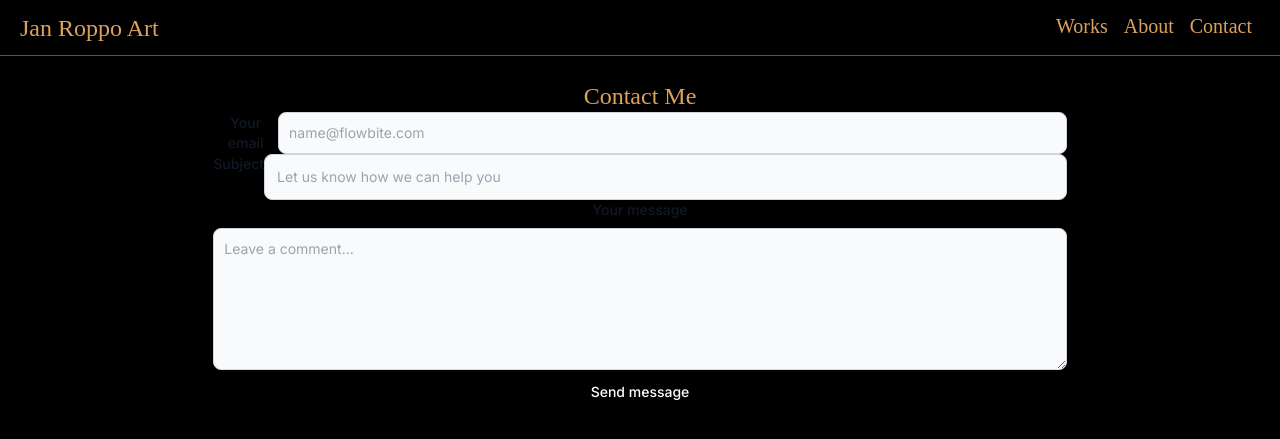
Repository: YanceMcFinn/JRArt
Page: /contact
The author's editor kept a copy of each file at every save. The page is drawn from the files as they stood at one save, then again after the next save.
The browser window is 1280 px wide. The pictures show the whole page.
The project was rebuilt for these pictures with package versions that can differ from the ones it lists, and the page was loaded fresh each time. The framework's server and built-in components were replaced by stand-ins that run in the browser. Also part of the build but not shown: next.config.js.

Above is the page before, as saved 2023-10-19 20:25:47.

### app/layout.js
import './globals.css'
import { Inter } from 'next/font/google'

import Navbar from './components/Navbar'

const inter = Inter({ subsets: ['latin'] })

export const metadata = {
  title: 'Jan Roppo Art',
  description: 'The art of Jan Roppo',
}

export default function RootLayout({ children }) {
  return (
    <html lang="en">
      <body className={inter.className}>
        <Navbar />
        {children}
      </body>
    </html>
  )
}

### app/contact/page.jsx
'use client'

import Image from 'next/image'

export default function Contact() {
    return(
        <div className='text-main-color text-center justify-content-center mt-20'>
            <div className='title text-center text-2xl'>Contact Me</div>
                <form className='w-2/3 mx-auto'>
                    <div className='flex'>
                        <label for="email" class="content-center text-sm font-medium text-gray-900 dark:text-gray-300">Your email</label>
                        <input type="email" id="email" class="shadow-sm bg-gray-50 border border-gray-300 text-gray-900 text-sm rounded-lg focus:ring-primary-500 focus:border-primary-500 block w-full p-2.5 dark:bg-gray-700 dark:border-gray-600 dark:placeholder-gray-400 dark:text-white dark:focus:ring-primary-500 dark:focus:border-primary-500 dark:shadow-sm-light" placeholder="name@flowbite.com" required/>
                    </div>
                    <div className='flex'>
                        <label for="subject" class="text-sm font-medium text-gray-900 dark:text-gray-300">Subject</label>
                        <input type="text" id="subject" class="block p-3 w-full text-sm text-gray-900 bg-gray-50 rounded-lg border border-gray-300 shadow-sm focus:ring-primary-500 focus:border-primary-500 dark:bg-gray-700 dark:border-gray-600 dark:placeholder-gray-400 dark:text-white dark:focus:ring-primary-500 dark:focus:border-primary-500 dark:shadow-sm-light" placeholder="Let us know how we can help you" required/>
                    </div>
                <div class="sm:col-span-2">
              <label for="message" class="block mb-2 text-sm font-medium text-gray-900 dark:text-gray-400">Your message</label>
              <textarea id="message" rows="6" class="block p-2.5 w-full text-sm text-gray-900 bg-gray-50 rounded-lg shadow-sm border border-gray-300 focus:ring-primary-500 focus:border-primary-500 dark:bg-gray-700 dark:border-gray-600 dark:placeholder-gray-400 dark:text-white dark:focus:ring-primary-500 dark:focus:border-primary-500" placeholder="Leave a comment..."></textarea>
          </div>
          <button type="submit" class="py-3 px-5 text-sm font-medium text-center text-white rounded-lg bg-primary-700 sm:w-fit hover:bg-primary-800 focus:ring-4 focus:outline-none focus:ring-primary-300 dark:bg-primary-600 dark:hover:bg-primary-700 dark:focus:ring-primary-800">Send message</button>
      </form>
        </div>
    )
}

### app/globals.css
@tailwind base;
@tailwind components;
@tailwind utilities;

body {
 background-color: black;
}

.title {
    font-family: 'Macondo', cursive;
}

### app/components/Navbar.jsx
import React from "react";

const Navbar = () => {
    return(
    <>
    <div className="top-0 w-full h-14 bg-black px-5 py-3 text-main-color border-b border-b-main-color/50 fixed">
      <div className="float-left title text-2xl">
        <a className="hover:text-white" href="/">Jan Roppo Art</a>
      </div>
      <div className="float-right title text-xl">
        <ul>
        <li className="inline px-2">
            <a href="/" className="hover:text-white">Works</a>
          </li>
          <li className="inline px-2">
            <a href="/about" className="hover:text-white">About</a>
          </li>
          <li className="inline px-2">
            <a href="/contact" className="hover:text-white">Contact</a>
          </li>
        </ul>
      </div>
    </div>
    </>

    )
}

export default Navbar

### tailwind.config.js
/** @type {import('tailwindcss').Config} */
module.exports = {
  content: [
    './pages/**/*.{js,ts,jsx,tsx,mdx}',
    './components/**/*.{js,ts,jsx,tsx,mdx}',
    './app/**/*.{js,ts,jsx,tsx,mdx}',
  ],
  theme: {
    extend: {
      backgroundImage: {
      },
      colors: {
        'main-color': '#dda15e'
      },
    },
  },
  plugins: [],
}

After the next save:
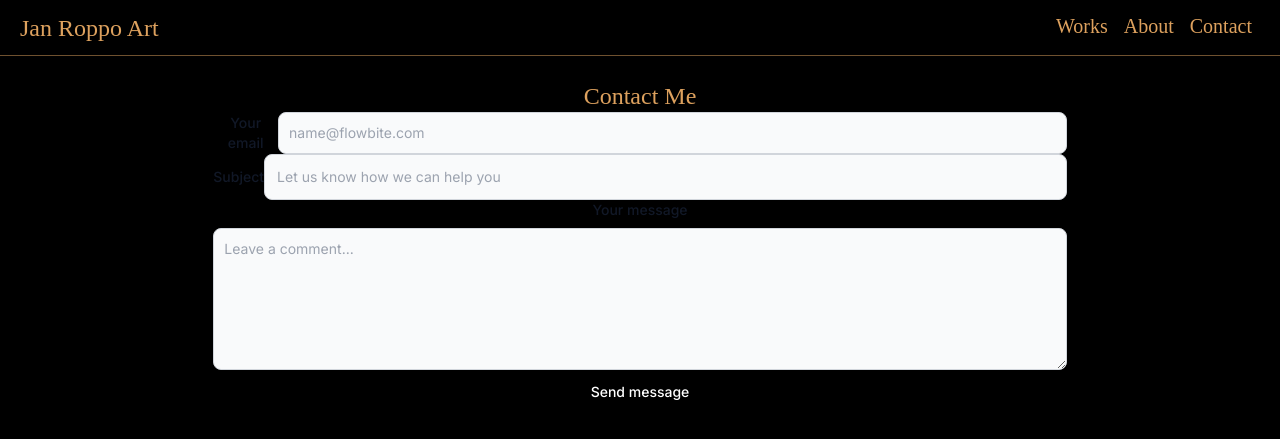
Saved 19 s later.
--- a/app/contact/page.jsx
+++ b/app/contact/page.jsx
@@ -12,7 +12,7 @@ export default function Contact() {
                         <input type="email" id="email" class="shadow-sm bg-gray-50 border border-gray-300 text-gray-900 text-sm rounded-lg focus:ring-primary-500 focus:border-primary-500 block w-full p-2.5 dark:bg-gray-700 dark:border-gray-600 dark:placeholder-gray-400 dark:text-white dark:focus:ring-primary-500 dark:focus:border-primary-500 dark:shadow-sm-light" placeholder="name@flowbite.com" required/>
                     </div>
                     <div className='flex'>
-                        <label for="subject" class="text-sm font-medium text-gray-900 dark:text-gray-300">Subject</label>
+                        <label for="subject" class="content-center text-sm font-medium text-gray-900 dark:text-gray-300">Subject</label>
                         <input type="text" id="subject" class="block p-3 w-full text-sm text-gray-900 bg-gray-50 rounded-lg border border-gray-300 shadow-sm focus:ring-primary-500 focus:border-primary-500 dark:bg-gray-700 dark:border-gray-600 dark:placeholder-gray-400 dark:text-white dark:focus:ring-primary-500 dark:focus:border-primary-500 dark:shadow-sm-light" placeholder="Let us know how we can help you" required/>
                     </div>
                 <div class="sm:col-span-2">
